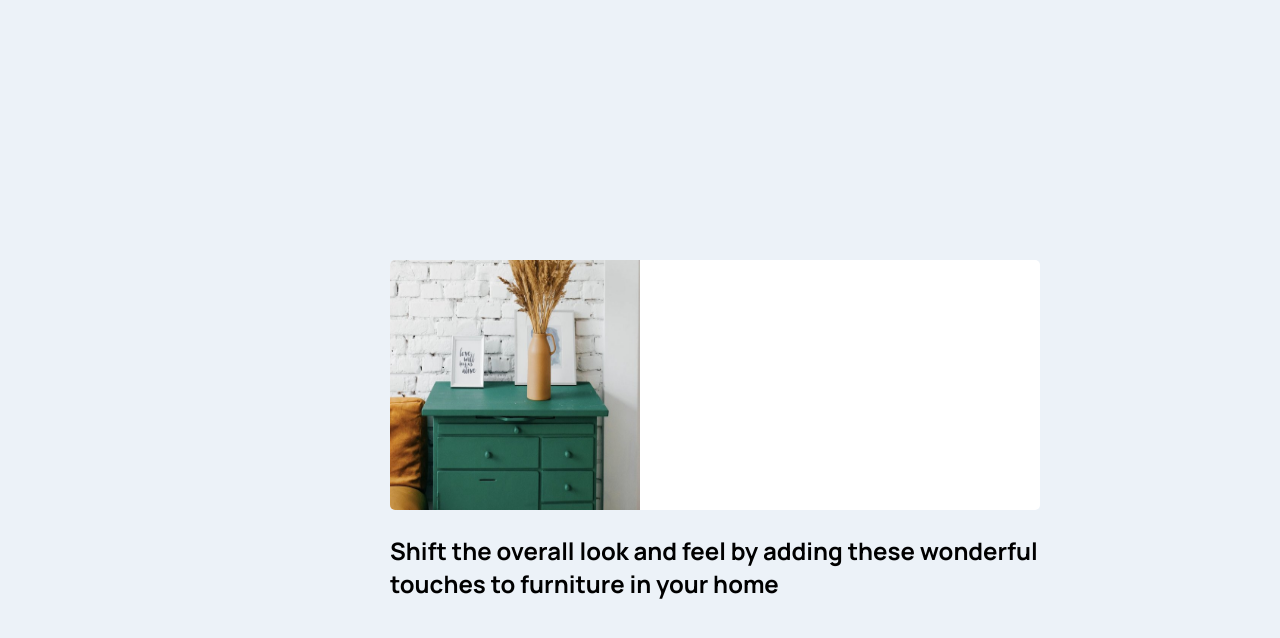
Repository: ricky603/training-css
Page: article-preview-component-master/index.html
These files come from the project's save history. The page is drawn as it stood at one moment and after the next save; the edit follows.
The browser window is 1280 px wide. The pictures show the whole page.

Above is the page before, as saved 2020-09-09 08:16:54.

After the next save:
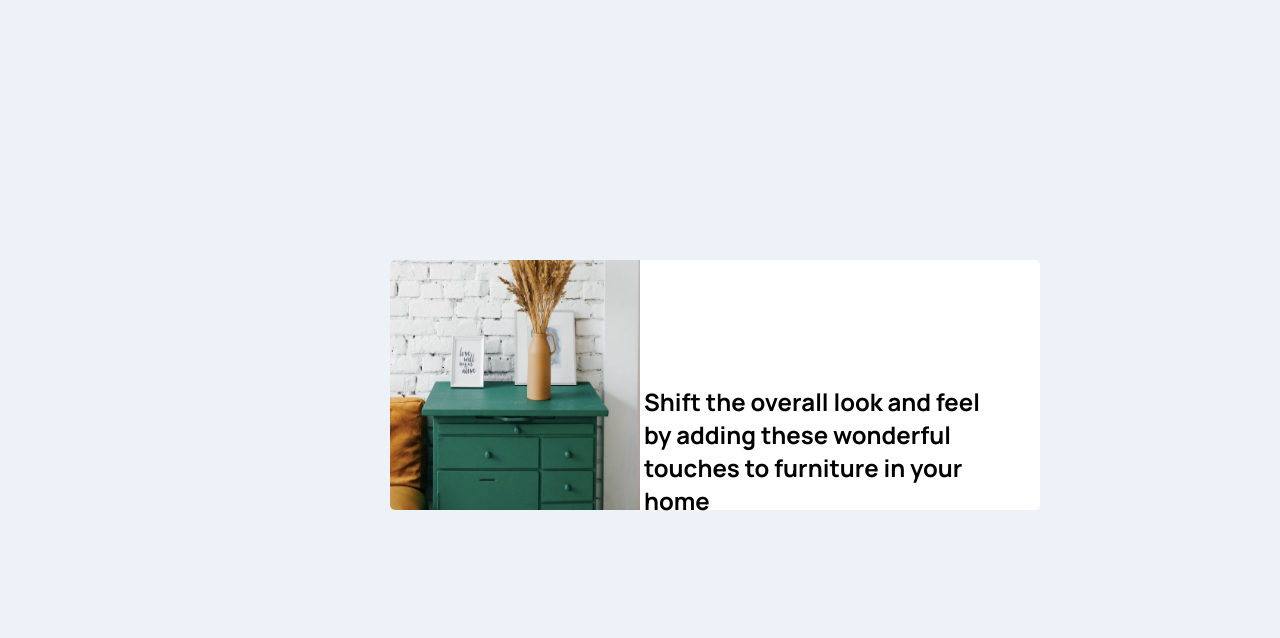
Saved 4 s later.
--- a/article-preview-component-master/styles.css
+++ b/article-preview-component-master/styles.css
@@ -13,7 +13,7 @@ h2 {
 
 .post {
     display: inline-block;
-    width: 52, 5%;
+    width: 52.5%;
 }
 
 .head {
